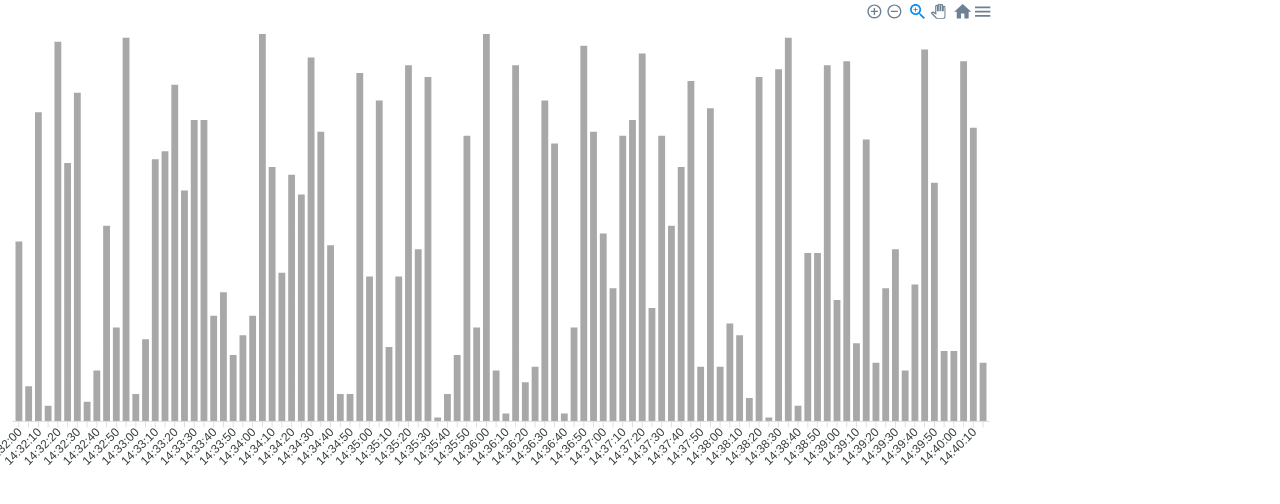
Repository: wanted-pre-onboarding-internship-1team/pre-onboarding-9th-3-1
Page: /
These files come from the project's save history. The page is drawn as it stood at one moment and after the next save; the edit follows.
The browser window is 1280 px wide. The pictures show the whole page.
The project was rebuilt for these pictures with package versions that can differ from the ones it lists, and the page was loaded fresh each time.

Above is the page before, as saved 2023-03-14 23:42:31.

### public/index.html
<!DOCTYPE html>
<html lang="en">
  <head>
    <meta charset="utf-8" />
    <link rel="icon" href="%PUBLIC_URL%/favicon.ico" />
    <meta name="viewport" content="width=device-width, initial-scale=1" />
    <meta name="theme-color" content="#000000" />

    <title>React App</title>
  </head>

  <body>
    <div id="root"></div>
  </body>
</html>

### src/index.tsx
import App from './App';
import './index.css';
import React from 'react';
import ReactDOM from 'react-dom/client';
import { BrowserRouter } from 'react-router-dom';

const root = ReactDOM.createRoot(
  document.getElementById('root') as HTMLElement
);
root.render(
  <BrowserRouter>
    <App />
  </BrowserRouter>
);

### src/App.tsx
import Router from './router/router';
import { createGlobalStyle } from 'styled-components';
import reset from 'styled-reset';

const GlobalStyle = createGlobalStyle`
  ${reset}
`;

function App() {
  return (
    <>
      <GlobalStyle />
      <Router />
    </>
  );
}

export default App;

### src/router/router.tsx
import Mainpage from '../pages/Mainpage';
import React from 'react';
import { Route, Routes } from 'react-router-dom';

export default function router() {
  return (
    <Routes>
      <Route path='/' element={<Mainpage />} />
    </Routes>
  );
}

### src/pages/Mainpage.tsx
import { api } from '../apis';
import { GetMockResponse } from '../apis/types/mock';
import useMockList from '../hooks/useMockList';
import axios from 'axios';
import React, { useEffect, useState } from 'react';
import ApexCharts from 'react-apexcharts';

export default function Mainpage() {
  const test = useMockList();
  console.log(test);
  return (
    <div>
      <ApexCharts
        height='500'
        width='1000'
        series={[
          {
            name: 'TEAM A',
            type: 'column',
            data: test.areaValueList,
          },
        ]}
        options={{
          theme: {
            mode: 'light',
          },

          grid: { show: false },
          stroke: {
            width: [0, 2, 5],
            curve: 'smooth',
          },

          yaxis: {
            show: false,
          },
          xaxis: {
            categories: test.timeList,
          },
          colors: ['red'],
        }}
      />
    </div>
  );
}

### src/hooks/useMockList.ts
import { api } from '../apis';
import { GetMockResponse } from '../apis/types/mock';
import { useEffect, useState } from 'react';

export default function useMockList() {
  const [originData, setOriginData] = useState<GetMockResponse['response']>();

  const dateList = originData ? Object.keys(originData) : [];

  const timeList = originData
    ? Object.keys(originData).map(time => time.split(' ')[1])
    : [];

  const idList = originData
    ? Object.entries(originData).map(entry => entry[1].id)
    : [];

  const varValueList = originData
    ? Object.entries(originData).map(entry => entry[1].value_var)
    : [];

  const areaValueList = originData
    ? Object.entries(originData).map(entry => entry[1].value_area)
    : [];

  useEffect(() => {
    api.mock.getMockDatas().then(res => {
      const { data } = res;
      setOriginData(data.response);
    });
  }, []);

  return { timeList, dateList, idList, varValueList, areaValueList };
}

### src/apis/index.ts
import { instance } from './instance';
import MockService from './mockService';

const mockService = new MockService(instance);

export const api = { mock: mockService };

### src/apis/instance.ts
import axios, { AxiosInstance, AxiosRequestConfig, AxiosResponse } from 'axios';

interface CustomInstance extends AxiosInstance {
  get<T = unknown, R = AxiosResponse<T>, D = unknown>(
    url: string,
    config?: AxiosRequestConfig<D>
  ): Promise<R>;
}

const instance: CustomInstance = axios.create({
  baseURL: '/',
});

export { instance };

### src/apis/mockService.ts
import { instance } from './instance';
import { GetMockResponse } from './types/mock';

export default class MockService {
  constructor(private api: typeof instance) {}
  getMockDatas = async () => this.api.get<GetMockResponse>('data/mock.json');
}

### public/data/mock.json
{
  "type": "Flexsys Mock API",
  "version": 1.0,
  "response": {
    "2023-02-01 14:32:00": {
      "id": "성북구",
      "value_area": 46,
      "value_bar": 13111
    },
    "2023-02-01 14:32:05": {
      "id": "강남구",
      "value_area": 9,
      "value_bar": 19143
    },
    "2023-02-01 14:32:10": {
      "id": "노원구",
      "value_area": 79,
      "value_bar": 14798
    },
    "2023-02-01 14:32:15": {
      "id": "중랑구",
      "value_area": 4,
      "value_bar": 14456
    },
    "2023-02-01 14:32:20": {
      "id": "노원구",
      "value_area": 97,
      "value_bar": 19116
    },
    "2023-02-01 14:32:25": {
      "id": "성북구",
      "value_area": 66,
      "value_bar": 18098
    },
    "2023-02-01 14:32:30": {
      "id": "중랑구",
      "value_area": 84,
      "value_bar": 16243
    },
    "2023-02-01 14:32:35": {
      "id": "강남구",
      "value_area": 5,
      "value_bar": 13100
    },
    "2023-02-01 14:32:40": {
      "id": "성북구",
      "value_area": 13,
      "value_bar": 19429
    },
    "2023-02-01 14:32:45": {
      "id": "노원구",
      "value_area": 50,
      "value_bar": 14923
    },
    "2023-02-01 14:32:50": {
      "id": "강남구",
      "value_area": 24,
      "value_bar": 10127
    },
    "2023-02-01 14:32:55": {
      "id": "강남구",
      "value_area": 98,
      "value_bar": 12583
    },
    "2023-02-01 14:33:00": {
      "id": "중랑구",
      "value_area": 7,
      "value_bar": 12310
    },
    "2023-02-01 14:33:05": {
      "id": "중랑구",
      "value_area": 21,
      "value_bar": 15764
    },
    "2023-02-01 14:33:10": {
      "id": "강남구",
      "value_area": 67,
      "value_bar": 11060
    },
    "2023-02-01 14:33:15": {
      "id": "강남구",
      "value_area": 69,
      "value_bar": 14857
    },
    "2023-02-01 14:33:20": {
      "id": "노원구",
      "value_area": 86,
      "value_bar": 13995
    },
    "2023-02-01 14:33:25": {
      "id": "중랑구",
      "value_area": 59,
      "value_bar": 14773
    },
    "2023-02-01 14:33:30": {
      "id": "노원구",
      "value_area": 77,
      "value_bar": 18347
    },
    "2023-02-01 14:33:35": {
      "id": "성북구",
      "value_area": 77,
      "value_bar": 15970
    },
    "2023-02-01 14:33:40": {
      "id": "성북구",
      "value_area": 27,
      "value_bar": 18577
    },
    "2023-02-01 14:33:45": {
      "id": "성북구",
      "value_area": 33,
      "value_bar": 11704
    },
    "2023-02-01 14:33:50": {
      "id": "성북구",
      "value_area": 17,
      "value_bar": 17241
    },
    "2023-02-01 14:33:55": {
      "id": "노원구",
      "value_area": 22,
      "value_bar": 14450
    },
    "2023-02-01 14:34:00": {
      "id": "중랑구",
      "value_area": 27,
      "value_bar": 14970
    },
    "2023-02-01 14:34:05": {
      "id": "중랑구",
      "value_area": 99,
      "value_bar": 17906
    },
    "2023-02-01 14:34:10": {
      "id": "강남구",
      "value_area": 65,
      "value_bar": 11233
    },
    "2023-02-01 14:34:15": {
      "id": "노원구",
      "value_area": 38,
      "value_bar": 17306
    },
    "2023-02-01 14:34:20": {
      "id": "성북구",
      "value_area": 63,
      "value_bar": 14577
    },
    "2023-02-01 14:34:25": {
      "id": "중랑구",
      "value_area": 58,
      "value_bar": 13199
    },
    "2023-02-01 14:34:30": {
      "id": "중랑구",
      "value_area": 93,
      "value_bar": 12707
    },
    "2023-02-01 14:34:35": {
      "id": "강남구",
      "value_area": 74,
      "value_bar": 15064
    },
    "2023-02-01 14:34:40": {
      "id": "강남구",
      "value_area": 45,
      "value_bar": 16300
    },
    "2023-02-01 14:34:45": {
      "id": "성북구",
      "value_area": 7,
      "value_bar": 14605
    },
    "2023-02-01 14:34:50": {
      "id": "노원구",
      "value_area": 7,
      "value_bar": 15210
    },
    "2023-02-01 14:34:55": {
      "id": "성북구",
      "value_area": 89,
      "value_bar": 13578
    },
    "2023-02-01 14:35:00": {
      "id": "중랑구",
      "value_area": 37,
      "value_bar": 11298
    },
    "2023-02-01 14:35:05": {
      "id": "노원구",
      "value_area": 82,
      "value_bar": 15686
    },
    "2023-02-01 14:35:10": {
      "id": "중랑구",
      "value_area": 19,
      "value_bar": 11485
    },
    "2023-02-01 14:35:15": {
      "id": "성북구",
      "value_area": 37,
      "value_bar": 16848
    },
    "2023-02-01 14:35:20": {
      "id": "성북구",
      "value_area": 91,
      "value_bar": 18670
    },
    "2023-02-01 14:35:25": {
      "id": "강남구",
      "value_area": 44,
      "value_bar": 17165
    },
    "2023-02-01 14:35:30": {
      "id": "성북구",
      "value_area": 88,
      "value_bar": 15053
    },
    "2023-02-01 14:35:35": {
      "id": "성북구",
      "value_area": 1,
      "value_bar": 14998
    },
    "2023-02-01 14:35:40": {
      "id": "강남구",
      "value_area": 7,
      "value_bar": 17739
    },
    "2023-02-01 14:35:45": {
      "id": "중랑구",
      "value_area": 17,
      "value_bar": 19212
    },
    "2023-02-01 14:35:50": {
      "id": "노원구",
      "value_area": 73,
      "value_bar": 16757
    },
    "2023-02-01 14:35:55": {
      "id": "노원구",
      "value_area": 24,
      "value_bar": 12864
    },
    "2023-02-01 14:36:00": {
      "id": "노원구",
      "value_area": 99,
      "value_bar": 10178
    },
    "2023-02-01 14:36:05": {
      "id": "성북구",
      "value_area": 13,
      "value_bar": 19425
    },
    "2023-02-01 14:36:10": {
      "id": "강남구",
      "value_area": 2,
      "value_bar": 12455
    },
    "2023-02-01 14:36:15": {
      "id": "노원구",
      "value_area": 91,
      "value_bar": 16945
    },
    "2023-02-01 14:36:20": {
      "id": "성북구",
      "value_area": 10,
      "value_bar": 13734
    },
    "2023-02-01 14:36:25": {
      "id": "성북구",
      "value_area": 14,
      "value_bar": 13894
    },
    "2023-02-01 14:36:30": {
      "id": "중랑구",
      "value_area": 82,
      "value_bar": 19367
    },
    "2023-02-01 14:36:35": {
      "id": "중랑구",
      "value_area": 71,
      "value_bar": 15492
    },
    "2023-02-01 14:36:40": {
      "id": "강남구",
      "value_area": 2,
      "value_bar": 19082
    },
    "2023-02-01 14:36:45": {
      "id": "노원구",
      "value_area": 24,
      "value_bar": 13117
    },
    "2023-02-01 14:36:50": {
      "id": "노원구",
      "value_area": 96,
      "value_bar": 15744
    },
    "2023-02-01 14:36:55": {
      "id": "성북구",
      "value_area": 74,
      "value_bar": 15609
    },
    "2023-02-01 14:37:00": {
      "id": "노원구",
      "value_area": 48,
      "value_bar": 14747
    },
    "2023-02-01 14:37:05": {
      "id": "중랑구",
      "value_area": 34,
      "value_bar": 15331
    },
    "2023-02-01 14:37:10": {
      "id": "노원구",
      "value_area": 73,
      "value_bar": 12292
    },
    "2023-02-01 14:37:15": {
      "id": "강남구",
      "value_area": 77,
      "value_bar": 11454
    },
    "2023-02-01 14:37:20": {
      "id": "강남구",
      "value_area": 94,
      "value_bar": 12972
    },
    "2023-02-01 14:37:25": {
      "id": "성북구",
      "value_area": 29,
      "value_bar": 19279
    },
    "2023-02-01 14:37:30": {
      "id": "노원구",
      "value_area": 73,
      "value_bar": 18371
    },
    "2023-02-01 14:37:35": {
      "id": "노원구",
      "value_area": 50,
      "value_bar": 13317
    },
    "2023-02-01 14:37:40": {
      "id": "강남구",
      "value_area": 65,
      "value_bar": 18504
    },
    "2023-02-01 14:37:45": {
      "id": "성북구",
      "value_area": 87,
      "value_bar": 16196
    },
    "2023-02-01 14:37:50": {
      "id": "강남구",
      "value_area": 14,
      "value_bar": 19701
    },
    "2023-02-01 14:37:55": {
      "id": "중랑구",
      "value_area": 80,
      "value_bar": 14836
    },
    "2023-02-01 14:38:00": {
      "id": "노원구",
      "value_area": 14,
      "value_bar": 13074
    },
    "2023-02-01 14:38:05": {
      "id": "성북구",
      "value_area": 25,
      "value_bar": 18335
    },
    "2023-02-01 14:38:10": {
      "id": "중랑구",
      "value_area": 22,
      "value_bar": 15022
    },
    "2023-02-01 14:38:15": {
      "id": "노원구",
      "value_area": 6,
      "value_bar": 12043
    },
    "2023-02-01 14:38:20": {
      "id": "중랑구",
      "value_area": 88,
      "value_bar": 11144
    },
    "2023-02-01 14:38:25": {
      "id": "강남구",
      "value_area": 1,
      "value_bar": 17518
    },
    "2023-02-01 14:38:30": {
      "id": "노원구",
      "value_area": 90,
      "value_bar": 18643
    },
    "2023-02-01 14:38:35": {
      "id": "성북구",
      "value_area": 98,
      "value_bar": 18318
    },
    "2023-02-01 14:38:40": {
      "id": "중랑구",
      "value_area": 4,
      "value_bar": 10746
    },
    "2023-02-01 14:38:45": {
      "id": "강남구",
      "value_area": 43,
      "value_bar": 18806
    },
    "2023-02-01 14:38:50": {
      "id": "중랑구",
      "value_area": 43,
      "value_bar": 16209
    },
    "2023-02-01 14:38:55": {
      "id": "강남구",
      "value_area": 91,
      "value_bar": 14273
    },
    "2023-02-01 14:39:00": {
      "id": "성북구",
      "value_area": 31,
      "value_bar": 19193
    },
    "2023-02-01 14:39:05": {
      "id": "성북구",
      "value_area": 92,
      "value_bar": 19661
    },
    "2023-02-01 14:39:10": {
      "id": "노원구",
      "value_area": 20,
      "value_bar": 19574
    },
    "2023-02-01 14:39:15": {
      "id": "중랑구",
      "value_area": 72,
      "value_bar": 18963
    },
    "2023-02-01 14:39:20": {
      "id": "강남구",
      "value_area": 15,
      "value_bar": 13083
    },
    "2023-02-01 14:39:25": {
      "id": "성북구",
      "value_area": 34,
      "value_bar": 12868
    },
    "2023-02-01 14:39:30": {
      "id": "강남구",
      "value_area": 44,
      "value_bar": 10836
    },
    "2023-02-01 14:39:35": {
      "id": "중랑구",
      "value_area": 13,
      "value_bar": 14255
    },
    "2023-02-01 14:39:40": {
      "id": "노원구",
      "value_area": 35,
      "value_bar": 15437
    },
    "2023-02-01 14:39:45": {
      "id": "중랑구",
      "value_area": 95,
      "value_bar": 18426
    },
    "2023-02-01 14:39:50": {
      "id": "강남구",
      "value_area": 61,
      "value_bar": 11387
    },
    "2023-02-01 14:39:55": {
      "id": "성북구",
      "value_area": 18,
      "value_bar": 14312
    },
    "2023-02-01 14:40:00": {
      "id": "성북구",
      "value_area": 18,
      "value_bar": 18700
    },
    "2023-02-01 14:40:05": {
      "id": "중랑구",
      "value_area": 92,
      "value_bar": 18053
    },
    "2023-02-01 14:40:10": {
      "id": "강남구",
      "value_area": 75,
      "value_bar": 13460
    },
    "2023-02-01 14:40:15": {
      "id": "성북구",
      "value_area": 15,
      "value_bar": 14829
    }
  }
}

Loaded but not shown: src/index.css (common file)

After the next save:
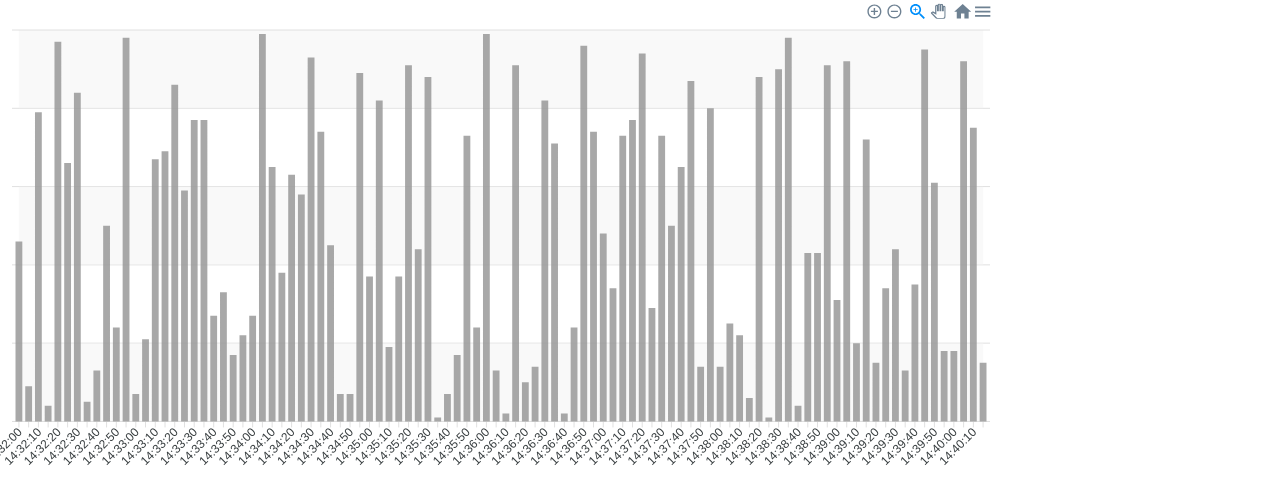
Saved 10 min 29 s later.
--- a/src/pages/Mainpage.tsx
+++ b/src/pages/Mainpage.tsx
@@ -25,7 +25,12 @@ export default function Mainpage() {
             mode: 'light',
           },
 
-          grid: { show: false },
+          grid: {
+            row: {
+              colors: ['#f3f3f3', 'transparent'],
+              opacity: 0.5,
+            },
+          },
           stroke: {
             width: [0, 2, 5],
             curve: 'smooth',
